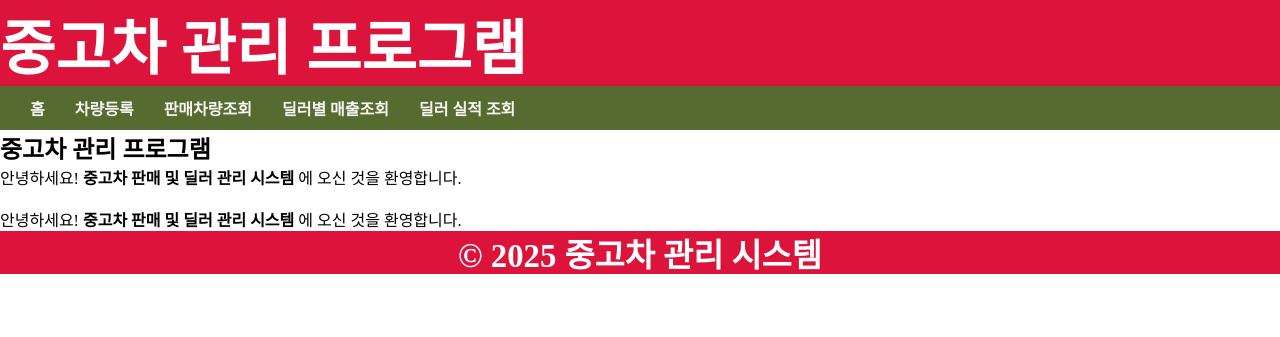
Repository: balhyo-younjisang/DigitechJSP
Page: http://localhost/car/
These files come from the project's save history. The page is drawn as it stood at one moment and after a run of saves; the edit follows.
The browser window is 1280 px wide. The pictures show the whole page.
The page is served by Tomcat 9.

Above is the page before, as saved 2025-04-17 06:42:03.

After the next 2 saves:
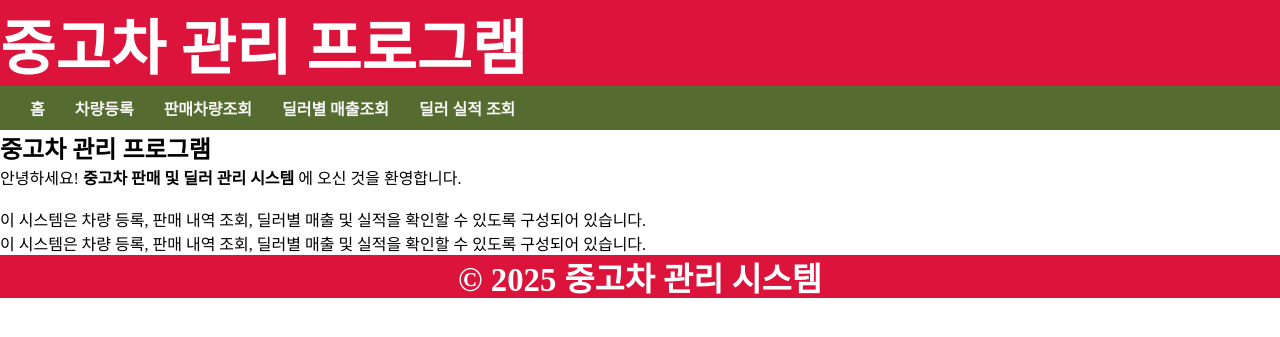
The 2 saves are shown as one change because they came seconds apart.
The last was saved 27 s later.
--- a/pizza0403/car/src/main/webapp/index.jsp
+++ b/pizza0403/car/src/main/webapp/index.jsp
@@ -16,7 +16,8 @@
 		<section class="content">
 			<p>안녕하세요! <b>중고차 판매 및 딜러 관리 시스템</b> 에 오신 것을 환영합니다.</p>
 			<br>
-			<p>안녕하세요! <b>중고차 판매 및 딜러 관리 시스템</b> 에 오신 것을 환영합니다.</p>
+			<p>이 시스템은 차량 등록, 판매 내역 조회, 딜러별 매출 및 실적을 확인할 수 있도록 구성되어 있습니다.</p>
+			<p>이 시스템은 차량 등록, 판매 내역 조회, 딜러별 매출 및 실적을 확인할 수 있도록 구성되어 있습니다.</p>
 		</section>
 	</main>
 	<%@ include file="./component/footer.jsp" %>
